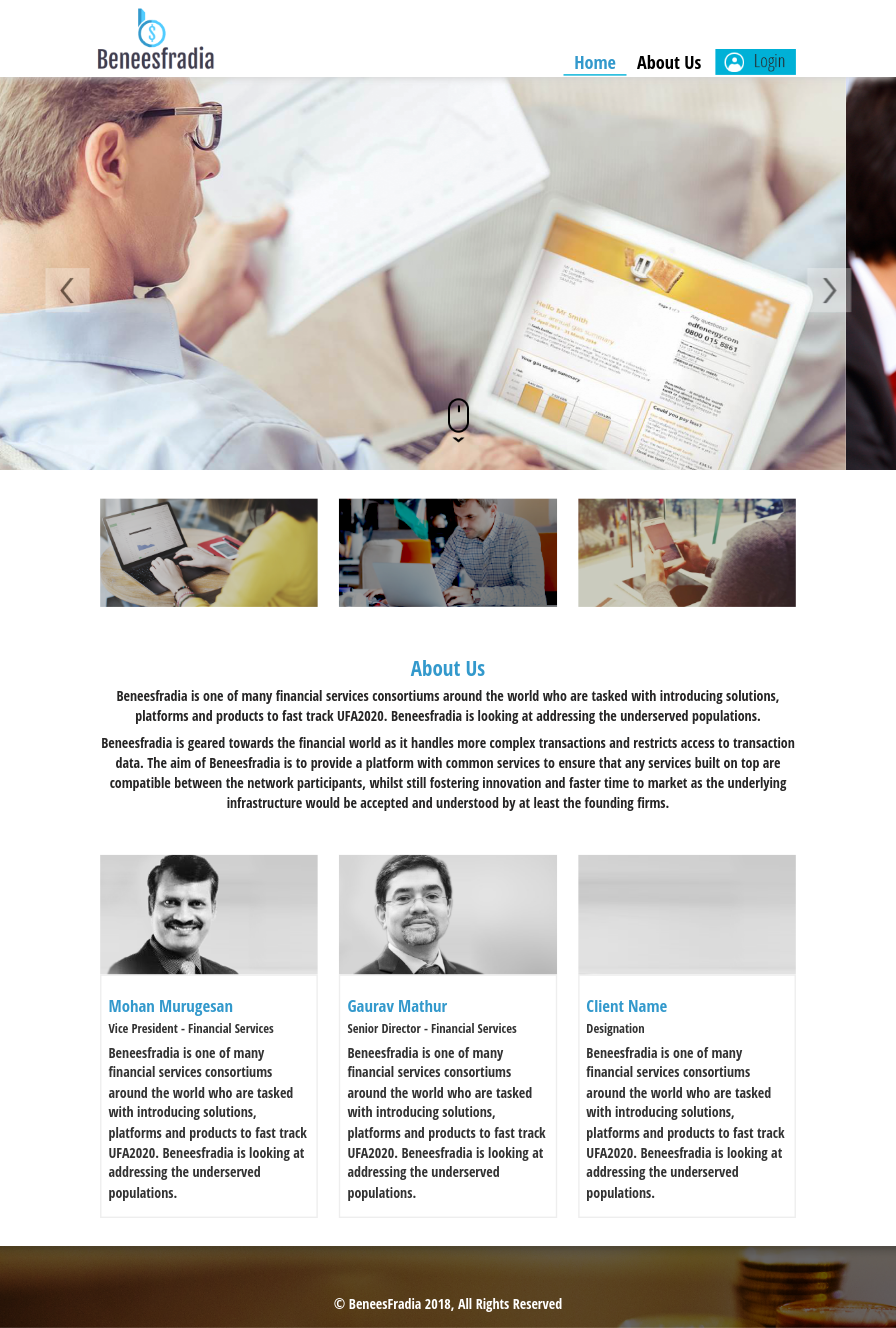
Repository: intkhabahmed/AcceleratedBootcampWebsites
Page: http://localhost/BeneesFradia/UI/index.jsp
These files come from the project's save history. The page is drawn as it stood at one moment and after the next save; the edit follows.
The browser window is 1280 px wide. The pictures show the whole page, at 70% of full size.
Some web fonts or font styles are not loaded; a fallback is used. The page is served by Tomcat 9. Nobody is signed in. The application's start-up code is not run. Other server files are loaded and not shown.

Above is the page before, as saved 2018-02-13 10:48:09.

### BeneesFradia/WebContent/UI/index.jsp
<%@ page language="java" contentType="text/html; charset=ISO-8859-1"
	pageEncoding="ISO-8859-1"%>
<%@taglib uri="http://java.sun.com/jsp/jstl/core" prefix="c"%>
<!DOCTYPE html>
<html>
<head>
<title>BeneesFradia</title>
<meta http-equiv="Content-Type" content="text/html; charset=ISO-8859-1">
<meta name="viewport" content="width=device-width, initial-scale=1.0">
<link rel="stylesheet" type="text/css" href="css/bootstrap.min.css">
<link rel="stylesheet" type="text/css" href="css/font-awesome.min.css">
<link rel="stylesheet" type="text/css" href="css/custom.css">
<link
	href='https://fonts.googleapis.com/css?family=Open Sans Condensed:300'
	rel='stylesheet'>


</head>
<body id="home">

	<jsp:include page="header.jsp"></jsp:include>


	<!-- <div class="row"> -->
	<div id="carousel-example-generic" class="carousel slide"
		data-ride="carousel">
		<!-- Indicators -->
		<img src="images/downarrow.png" alt="DownArrow" id="downarrow" />
		<!-- Wrapper for slides -->
		<div class="carousel-inner" role="listbox">
			<div class="item active">
				<img src="images/banner1.png" alt="">
			</div>
			<div class="item">
				<img src="images/banner2.png" alt="">
			</div>
		</div>

		<!-- Controls -->
		<a class="left carousel-control" href="#carousel-example-generic"
			role="button" data-slide="prev"> <!-- <span class="icon-prev"  id="left-control-button" aria-hidden="true"></span> -->
			<span id="left-indicator"><img src="images/leftarrow.png"
				aria-hidden="true"></span> <span class="sr-only">Previous</span>
		</a> <a class="right carousel-control" href="#carousel-example-generic"
			role="button" data-slide="next"> <!-- <span class="icon-next" id="right-control-button" aria-hidden="true"></span> -->
			<span id="right-indicator"><img src="images/rightarrow.png"
				aria-hidden="true"></span> <span class="sr-only">Next</span>
		</a>
	</div>
	<!--end carousel-->

	<!-- </div> -->
	<div class="container">
		<hr>
		<div class="row" id="shortcut_links">
			<div class="col-sm-4 ">
				<div class="img-container">
					<a href="data/sampleProposal.pdf" target="_blank"><img
						src="images/download.png" alt="Download Problem"
						class="img img-responsive"></a>
				</div>
			</div>
			<div class="col-sm-4">
				<div class="img-container">
					<a href="#"><img src="images/upload.png" alt="Upload proposal"
						class="img img-responsive" id="uploadForm_shortcut"></a>
				</div>
			</div>
			<div class="col-sm-4">
				<div class="img-container">
					<a href="#contactus"><img src="images/contact.png"
						alt="ContactUs" class="img img-responsive"></a>
				</div>
			</div>
		</div>
		<hr>
		<div class="row">
			<div id="aboutus">
				<h2 align="center">About Us</h2>
				<p align="center">Beneesfradia is one of many financial services
					consortiums around the world who are tasked with introducing
					solutions, platforms and products to fast track UFA2020.
					Beneesfradia is looking at addressing the underserved populations.</p>
				<p align="center">Beneesfradia is geared towards the financial world as it
					handles more complex transactions and restricts access to
					transaction data. The aim of Beneesfradia is to provide a platform
					with common services to ensure that any services built on top are
					compatible between the network participants, whilst still fostering
					innovation and faster time to market as the underlying
					infrastructure would be accepted and understood by at least the
					founding firms.</p>
			</div>
			<!--end aboutus-->
		</div>
		<hr>
		<div class="row" id="client_info">
			<div class="col-sm-4 ">
				<div class="img-container">
					<img src="images/mohan.png" alt="Mohan Murugesan"
						class="img img-responsive">
				</div>
				<div class="client_desc">
					<h3>Mohan Murugesan</h3>
					<h4>Vice President - Financial Services</h4>
					<p>Beneesfradia is one of many financial services consortiums
						around the world who are tasked with introducing solutions,
						platforms and products to fast track UFA2020. Beneesfradia is
						looking at addressing the underserved populations.</p>
				</div>
			</div>
			<div class="col-sm-4">
				<div class="img-container">
					<img src="images/gaurav.png" alt="Gaurav Mathur"
						class="img img-responsive">
				</div>
				<div class="client_desc">
					<h3>Gaurav Mathur</h3>
					<h4>Senior Director - Financial Services</h4>
					<p>Beneesfradia is one of many financial services consortiums
						around the world who are tasked with introducing solutions,
						platforms and products to fast track UFA2020. Beneesfradia is
						looking at addressing the underserved populations.</p>
				</div>
			</div>
			<div class="col-sm-4">
				<div class="img-container">
					<img src="images/thirdimg.png" alt="ContactUs"
						class="img img-responsive">
				</div>
				<div class="client_desc">
					<h3>Client Name</h3>
					<h4>Designation</h4>
					<p>Beneesfradia is one of many financial services consortiums
						around the world who are tasked with introducing solutions,
						platforms and products to fast track UFA2020. Beneesfradia is
						looking at addressing the underserved populations.</p>
				</div>
			</div>
		</div>
		<hr>

	</div>
	<!--end container-->
	<div id="contactus">
		<c:if test="${sessionScope.user.username eq 'beneesfradia'}">
			<div class="contactus_body">
				<h2 align="center">Message</h2>
				<br>
				<form method="post" action="sendMessage.html" class="form-vertical"
					id="contact_form">
					<div class="col-sm-12">
						<div class="col-sm-4 col-sm-offset-4">
							<div class="form-group contact-form-fields">
								<select name="teamName" class="form-control" required="required">
									<option value="">--Select--</option>
									<option value="benefitscards">Benefits Cards</option>
									<option value="borasys">Bora-Sys</option>
									<option value="financialexpert">Financial Expert Ltd</option>
									<option value="silvertax">Silvertax</option>
									<option value="unipro">Uni-pro</option>
								</select>
								<textarea cols="40" rows="5" placeholder="Message"
									class="form-control" id="feedback" required="required"
									name="message"></textarea>
								<input type="submit" value="Submit" id="sendMail_btn"
									class="btn btn-info form-control">
							</div>
						</div>
					</div>
				</form>
			</div>
			<!--end contactus-->
		</c:if>
		<div id="footer">
			<br>
			<footer>
				<p align="center">&copy; BeneesFradia 2018, All Rights Reserved</p>
			</footer>
		</div>
	</div>
	<!--end row-->
	<div class="overlay" title="click to close"></div>
	<div id="loginWindow">
		<h2 align="center">Login Form</h2>
		<form class="form-vertical" method="post" action="login.html"
			id="login_form">
			<div class="form-group">
				<input type="text" name="username" required="required"
					class="form-control" placeholder="Enter UserName" /> <input
					type="password" name="password" required="required"
					class="form-control" placeholder="Enter Password" />

			</div>
			<div class="form-group">
				<h4 id="forgotPass">
					<a href="#" class="pull-left">Forgot Password?</a>
				</h4>
				<input type="submit" name="login_btn" id="login_btn" value="Login"
					class="pull-right btn btn-default" />
			</div>
		</form>

	</div>

	<div id="uploadWindow">
		<h2 align="center">Upload Proposal</h2>
		<form class="form-vertical" method="post" action="#" id="upload_form"
			enctype="multipart/form-data">
			<div class="form-group">
				<input type="file" name="propsalFile" id="fileInput"
					required="required" class="pull-left" /> <input type="submit"
					name="propsalSubmit_btn" value="Upload"
					class="btn btn-default pull-right" id="proposalSubmit_btn" />
			</div>
		</form>
	</div>

	<script type="text/javascript" src="js/jquery-3.1.0.min.js"></script>
	<script type="text/javascript" src="js/bootstrap.min.js"></script>
	<script type="text/javascript" src="js/custom.js"></script>
	<c:if test="${errorMessage ne null}">
		<%-- 	<div class="alert alert-danger" role="alert">"${errorMessage}"</div> --%>
		<script>
			alert("${errorMessage}");
			showLoginPage();
		</script>
	</c:if>
	<c:if test="${successMessage ne null}">
		<%-- 	<div class="alert alert-success" role="alert">"${successMessage}"</div> --%>
		<script>
			alert("${successMessage}");
			window.location = "index.html";
		</script>
	</c:if>
</body>
</html>

### BeneesFradia/WebContent/UI/header.jsp
<%@ page language="java" contentType="text/html; charset=ISO-8859-1"
    pageEncoding="ISO-8859-1"%>
<%@taglib uri="http://java.sun.com/jsp/jstl/core" prefix="c" %>
<nav class="navbar navbar-custom navbar-custom-fitting">
	  <div class="container">
	    <!-- Brand and toggle get grouped for better mobile display -->
	    <div class="navbar-header">
	      <button type="button" class="navbar-toggle collapsed" data-toggle="collapse" data-target="#bs-example-navbar-collapse-1" aria-expanded="false">
	        <span class="sr-only">Toggle navigation</span>
	        <span class="icon-bar"></span>
	        <span class="icon-bar"></span>
	        <span class="icon-bar"></span>
	      </button>
	      <a class="navbar-brand" href="index.html"><img src="images/logo.png" alt="BeneesFradia"></a>
	    </div>

	    <!-- Collect the nav links, forms, and other content for toggling -->
	    <div class="collapse navbar-collapse" id="bs-example-navbar-collapse-1">
	      <ul class="nav navbar-nav navbar-right" id="main-nav">
	        <li class="active"><a href="#home">Home <span class="sr-only">(current)</span></a></li>
	        <li><a href="#aboutus">About Us</a></li>
	        <%-- <c:if test="${sessionScope.user.username ne 'beneesfradia'}">
	        <li class="dropdown">
	          <a href="#" class="dropdown-toggle" data-toggle="dropdown" role="button" aria-haspopup="true" aria-expanded="false">Proposals <span class="fa fa-angle-down"></span></a>
	          <ul class="dropdown-menu">

	            	<li id="uploadForm"><a href="#">Upload</a></li>

	            <li><a href="data/sampleProposal.pdf" target="_blank">Download Problem Statement</a></li>
	          </ul>
	         </li>
	         </c:if> --%>
	        <c:if test="${sessionScope.user.username eq 'beneesfradia'}">
	        	<li><a href="#contactus">Message</a></li>
	        </c:if>
	        <c:if test="${sessionScope.user.username eq null}">
	        <li id="login_button" onclick="showLoginPage()"><img src="images/loginbtn.png" class="img img-responsive"/></li>
	      	</c:if>
	      	<c:if test="${sessionScope.user.username ne null}">
	        <li class="dropdown">
	          <a href="#" class="dropdown-toggle" data-toggle="dropdown" role="button" aria-haspopup="true" aria-expanded="false">${sessionScope.user.teamName } <span class="fa fa-angle-down"></span></a>
	          <ul class="dropdown-menu">
	            <c:if test="${sessionScope.user.username eq 'beneesfradia'}">
	            	<li><a href="showProfile.html">Dashboard</a></li>
	            </c:if>
	            <li><a href="logout.html">Logout</a></li>
	          </ul>
	        </li>
	        </c:if>
	      </ul>
	    </div><!-- /.navbar-collapse -->
	  </div><!-- /.container-fluid -->
	</nav>

### BeneesFradia/WebContent/css/custom.css
/****************************Common CSS**************************/
.padding-10x{
	padding: 10px;
}
.padding-5x{
	padding: 5px;
}
.padding-20x{
	padding: 20px;
}

.center{
	display: block;
	margin: 0 auto;
}
.no-margin {
	margin: 0;
}
.error {
	color: red;
}
#errorBlock{
	position: absolute;
	top: 15%;
	width: 100%;
}
body {
	font-family: Open Sans Condensed !important;
	font-size: 20px !important;
}
.dropdown-menu {
	font-size: 18px;
    background-color: #000;
    opacity: 0.7;
    border: 1px solid #ccc;
    border: 1px solid rgba(0,0,0,.15);
    border-radius: 0px;
    top: 110%;
}

.dropdown-menu li a:hover {
	color: #51ccf9;
	background: #000000;
	opacity: 1;
}
.dropdown> a{
	max-height: 36px;
}

input, button, .form-control, .btn {
	border-radius: 0px !important;
}

/***********************Index Page*********************************/
hr {
	border-top: none;
}
#home {
	padding-top: 94px;
}
#formContainer {
	border-radius: 15px;
	padding: 10px;
	z-index: 1;
}

#login_btn_cover {
	padding: 3px;
}

#homeBannerImage{
	min-height: 370px;
	z-index: 1;
}

@media screen and (min-width: 991px){
	.dropdown-menu li a{
		color: #ffffff;
	}
	.navbar-custom-fitting {
		width: 100%;
	}
	.container {
		max-width: 1024px;
	}

	.navbar-brand {
		padding: 10px !important;
		height: auto;
	}
	#main-nav {
		margin-top: 39px;
		height: 53px;
		padding-top: 30px;
	}
	nav> .container {
		height: 70px;
	}

	.carousel {
		width: 100%;

	}
	.carousel-inner>.item>img {
		width: 100%;
	}
	#loginWindow {
		width: 30vw;
		left: 35vw;
	}
	#uploadWindow {
		width: 40vw;
		left: 30vw;
	}
	#confirmWindow {
		width: 30vw;
		left: 35vw;
	}
}

@media screen and (min-width: 768px) and (max-width: 990px){
	#main-nav {
		height: 40px;
		padding-top: 40px;
		margin-top: 30px;
	}

	.navbar-custom-fitting {
		width: 100%;
	}
	.navbar-brand {
		padding: 10px !important;
    	height: auto;
	}
	#login_button {
		margin-bottom: 2px;
		margin-left: 5px;
	}
	nav> .container {
		height: 92px;
	}
	.carousel {
		width: 100%;
		height: 60vh;
	}
	.carousel-inner>.item>img {
		width: 100%;
		height: 60vh;
	}
	.container {
		max-width: 100%;
		width: 100%;
	}
	#loginWindow {
		width: 40vw;
		left: 35vw;
	}
	#uploadWindow {
		left: 30vw;
		width: 40vw;
	}
	#confirmWindow {
		width: 30vw;
		left: 35vw;
	}
}

@media screen and (max-width: 767px){
	nav> .container {
		padding: 2px;
		width: 100%;
		height: auto;
	}

	.navbar-custom-fitting {
		width: 100%;
	}
	.navbar-brand {
		padding: 0px 25px !important;
	}
	.navbar-header {
		height: 90px;
	}
	#main-nav {
		margin-top: 39px;
		background-color: #ffffff;
   	 	padding: 15px;

	}
	#login_button {
		margin: 5px 15px;
		cursor: pointer;
	}
	.carousel {
		width: 100%;
		height: 50vh;
		margin: 0 auto;
	}
	.carousel-inner>.item>img {
		width: 100%;
		height: 50vh;
	}
	.container {
		max-width: 100%;
		width: 100%;
	}
	#loginWindow {
		width: 100%;
	}
	#uploadWindow {
		width: 100%;
	}
	#confirmWindow {
		width: 100%;
	}
	#shortcut_links .col-sm-4 img {
		display: block;
		margin: 5px auto;
		width: 100%;
	}
	.navbar-toggle {
		margin-top: 30px;
    	margin-right: 45px;
	}
}

.navbar-nav {
	font-size: 26px !important;
}

#login_button {
	cursor: pointer;
	margin-left: 5px;
}

.navbar-nav> .active a {
	border-bottom: 2px solid #00b1d7 ;
	color: #3399cc !important;
	background-color: transparent !important;
}

.navbar {
	border-radius: 0px;
}

.navbar-custom {
	background: #FFFFFF;
}

.navbar-nav a {
	transition: all 0.5s ease-in-out;
}

.contact-form-fields input {
	margin: 3px 0;

}

.navbar-nav a{
	color: #000000;
}

.navbar-custom-fitting {
	position: fixed;
	top: 0;
	z-index: 1030;
	box-shadow: -1px 1px 11px 0px #d2d2d2;
}

.navbar-nav>li>a {
	padding: 8px 15px !important;
}

/***********************UserProfile Page*********************************/
.navbar-toggle>.icon-bar {
	background-color: #000000;
}
.navbar-toggle {
	border-color: #000000;
}
.navbar-toggle:hover {
	border-color: #333333;
	background-color: #eeeeee;
}

/***********************Footer******************************************/
/*#footer{
	padding: 5px;
	width: 100%;
	background: #000;
	color: #fff;
	position: fixed;
	bottom: 0;
	min-height: 60px;
}*/

#footer footer{
	margin-top: 30px;
}

/***********************Error Page*********************************/
#errorBlock{
	position: absolute;
	top: 15%;
	width: 100%;
}

/***********************Login Modal View*********************************/
.overlay {
	position: fixed;
	top: 0;
	left: 0;
	width: 100%;
	opacity: 0.7;
	min-height: 100%;
	display: none;
	background-color: #000000;
	z-index: 1031;
	cursor: pointer;
}
#loginWindow, #uploadWindow, #confirmWindow {
	position: fixed;
	top: 25vh;
	z-index: 1032;
	opacity: 1;
	display: none;
	color: #ffffff;
	background-color: #00b1d7;
	padding: 10px;
}
#loginWindow a {
	color: #262525;
}

#login_form input, #upload_form input, #queryReply_form input{
	margin: 10px 0;

}

textarea {
    resize: none;
}

#left-control-button, #right-control-button {
	padding-bottom: 5px;
	background-color: #ffffff;
	color: #000000;
}

#aboutus {
	padding: 10px;
	color: #262525;
}
.client_desc {
	border: 2px solid #eeeeee;
	padding: 10px;
}

#aboutus h2, .client_desc h3{
	color: #3399cc;
}
.carousel-control {
	top: 50%;
}
.carousel-control.left, .carousel-control.right {
	background-image: none;
	height: 10px
}

#downarrow {
	position: absolute;
	bottom: 40px;
	left: 50%;
	z-index: 1;
}


#contactus {
	background: url('../images/contactbg.png');
	color: #ffffff;
	width: 100%;
	padding: 10px;
}
#contactus form select, #contactus form textarea{
	background: transparent;
	color: #ffffff;
}
select option {
	background: transparent;
	color: #333333;
}
#contactus form .form-control {
	border-color: #919191;
	border-radius: 0px;
}
#contactus form select {
	margin: 5px 0;
}
#sendMail_btn {
	background: #00b1d7 !important;
	font-size: 26px;
	padding-top: 0px;
	color: #000000 !important;
	border: 0px;
}

#login_btn, #uploadSubmit_btn, input[type=submit], .btn {
	font-size: 26px;
	padding-top: 0px;
	color: #000000 !important;
	border: 0px;
}

#sendMail_btn:hover {
	color: #ffffff !important;
}
#login_btn, #deleteQuery_btn, #cancel_btn {
	background: #ffffff !important;
}

#login_btn:hover, #uploadSubmit_btn:hover, input[type=submit]:hover, .btn:hover, #deleteQuery_btn:hover {
	color: #00b1d7 !important;
}
.contactus_body {
	height: 298px;
}
.img-container {
	overflow: hidden;
    line-height: 1.42857143;
    background-color: #fff;
    max-width: 324px;
}

#profile_logo_container {
	box-shadow: 0px 1px 11px 0px #d2d2d2;
	padding: 5px;
	width: 100%;
}

### BeneesFradia/WebContent/js/custom.js
$(function(){
	$("nav a").click(function(){
		$('html, body').animate({
        scrollTop: $(this.hash).offset().top - 120
    }, 1500);
    return false;
	});

	$("nav a").click(function(){
		$("nav li").removeClass("active");
		$(this).parent().addClass("active");
	});


	$(".overlay").on('click', function(){
		$(this).fadeOut();
		$("#loginWindow").fadeOut();
		$("#uploadWindow").fadeOut();
		$("#confirmWindow").fadeOut();
	});

	$("#uploadForm, #uploadForm_shortcut").on('click', function(){
		$(".overlay").fadeIn();
		$("#uploadWindow").fadeIn();
		return false;
	});

	$(".carousel-control.left").mouseenter(function(){
		$("#left-indicator img").attr("src", "images/leftarrow_ro.png");
	});
	$(".carousel-control.right").mouseenter(function(){
		$("#right-indicator img").attr("src", "images/rightarrow_ro.png");
	});

	$(".carousel-control.left").mouseleave(function(){
		$("#left-indicator img").attr("src", "images/leftarrow.png");
	});
	$(".carousel-control.right").mouseleave(function(){
		$("#right-indicator img").attr("src", "images/rightarrow.png");
	});

	$("#proposalSubmit_btn").bind('click', function(){
		var input = document.getElementById("fileInput");
		if(input.files[0].size >= 10485760){
			alert("File size should be less than 10MB");
			return false;
		}else{
			$("#upload_form").attr("action", "uploadFile.html");
			return true;
		}
	});

	$("#login_button img").mouseenter(function(){
		$(this).attr("src", "images/loginbtn_over.png");
	});
	$("#login_button img").mouseleave(function(){
		$(this).attr("src", "images/loginbtn.png");
	});

	$("#shortcut_links img").mouseleave(function(){
		$(this).css("transform", "scale(1)");
		$(this).css("transition", "all .5s ease-out");
	});

	$("#shortcut_links img").mouseenter(function(){
		$(this).css("transform", "scale(1.1)");
		$(this).css("transition", "all .5s ease-in");
	});

	$("#forgotPass").click(function(){
		alert("Please Contact Support Team");
	});

	$("#delete_btn").click(function(){
		$(".overlay").fadeIn();
		$("#confirmWindow").fadeIn();
	});

	$("#cancel_btn").click(function(){
		$(".overlay").fadeOut();
		$("#confirmWindow").fadeOut();
	});

});
function showLoginPage(){
	$(".overlay").fadeIn();
	$("#loginWindow").fadeIn();
}

Loaded but not shown: BeneesFradia/WebContent/css/bootstrap.min.css (library); BeneesFradia/WebContent/css/font-awesome.min.css (library); BeneesFradia/WebContent/js/jquery-3.1.0.min.js (library); BeneesFradia/WebContent/js/bootstrap.min.js (library)

After the next save:
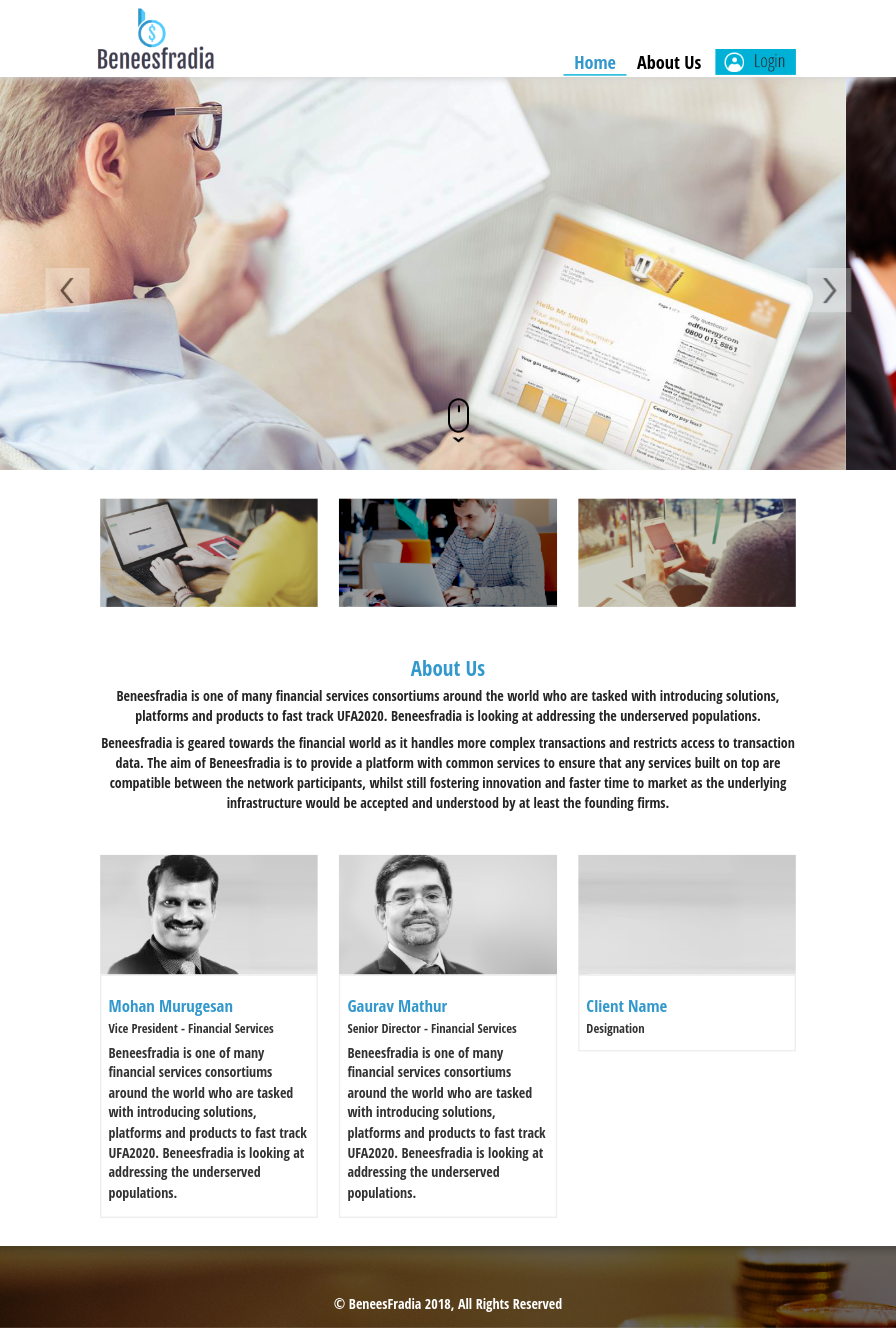
Saved 6 s later.
--- a/BeneesFradia/WebContent/UI/index.jsp
+++ b/BeneesFradia/WebContent/UI/index.jsp
@@ -130,10 +130,10 @@
 				<div class="client_desc">
 					<h3>Client Name</h3>
 					<h4>Designation</h4>
-					<p>Beneesfradia is one of many financial services consortiums
+					<!-- <p>Beneesfradia is one of many financial services consortiums
 						around the world who are tasked with introducing solutions,
 						platforms and products to fast track UFA2020. Beneesfradia is
-						looking at addressing the underserved populations.</p>
+						looking at addressing the underserved populations.</p> -->
 				</div>
 			</div>
 		</div>
